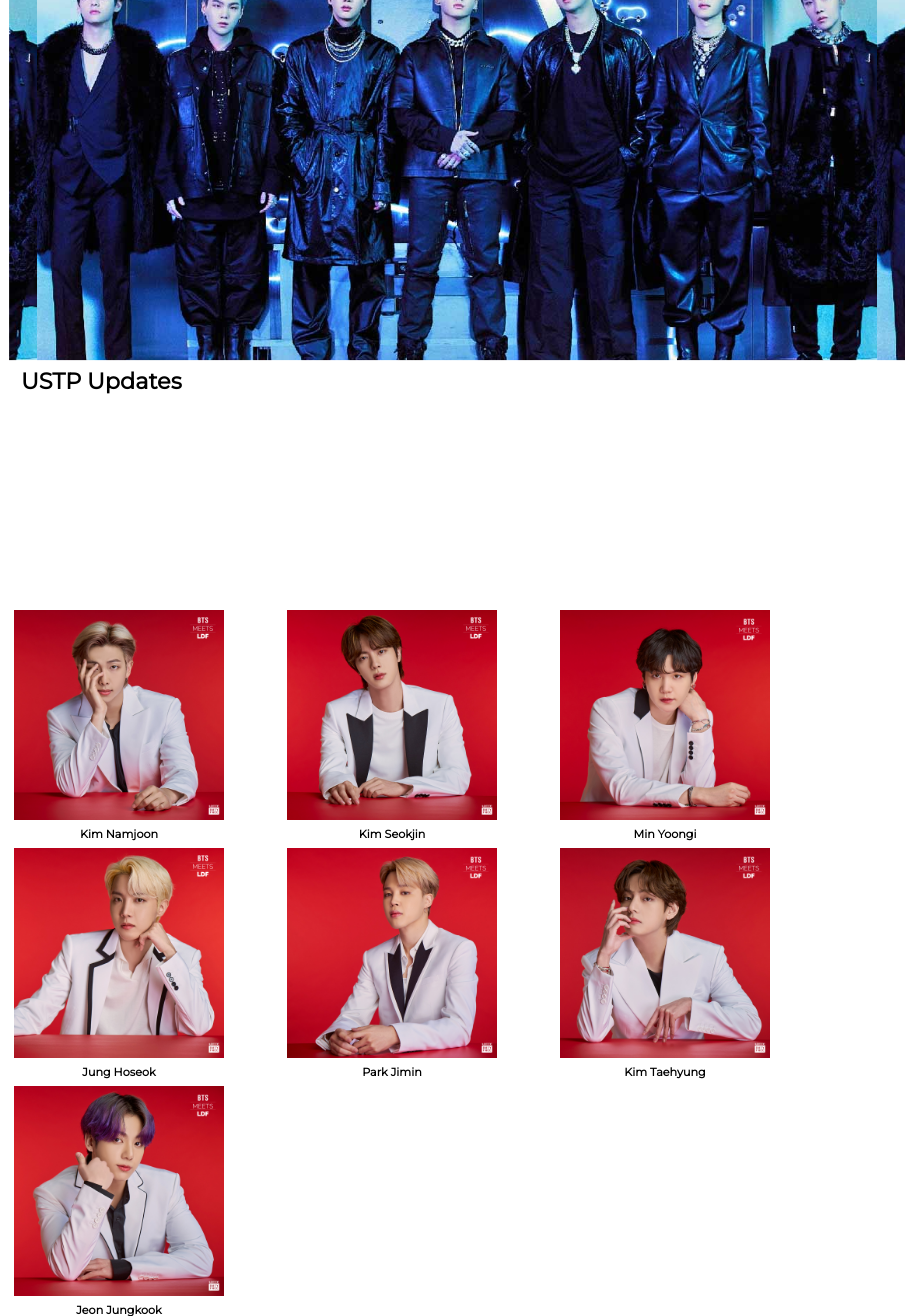
Repository: Joy5345/Colis-MidTerm_PIT
Page: index.html
These files come from the project's save history. The page is drawn as it stood at one moment and after the next save; the edit follows.
The browser window is 1280 px wide. The page is 1293 px wide, so the pictures cover 1293 px, including what lies to the right of the window. The pictures show the part of the page from y = 1039 to 2919 px (the page is 2919 px tall before and 2791 px after), at 70% of full size.

Above is the page before, as saved 2023-07-29 19:59:29.

After the next save:
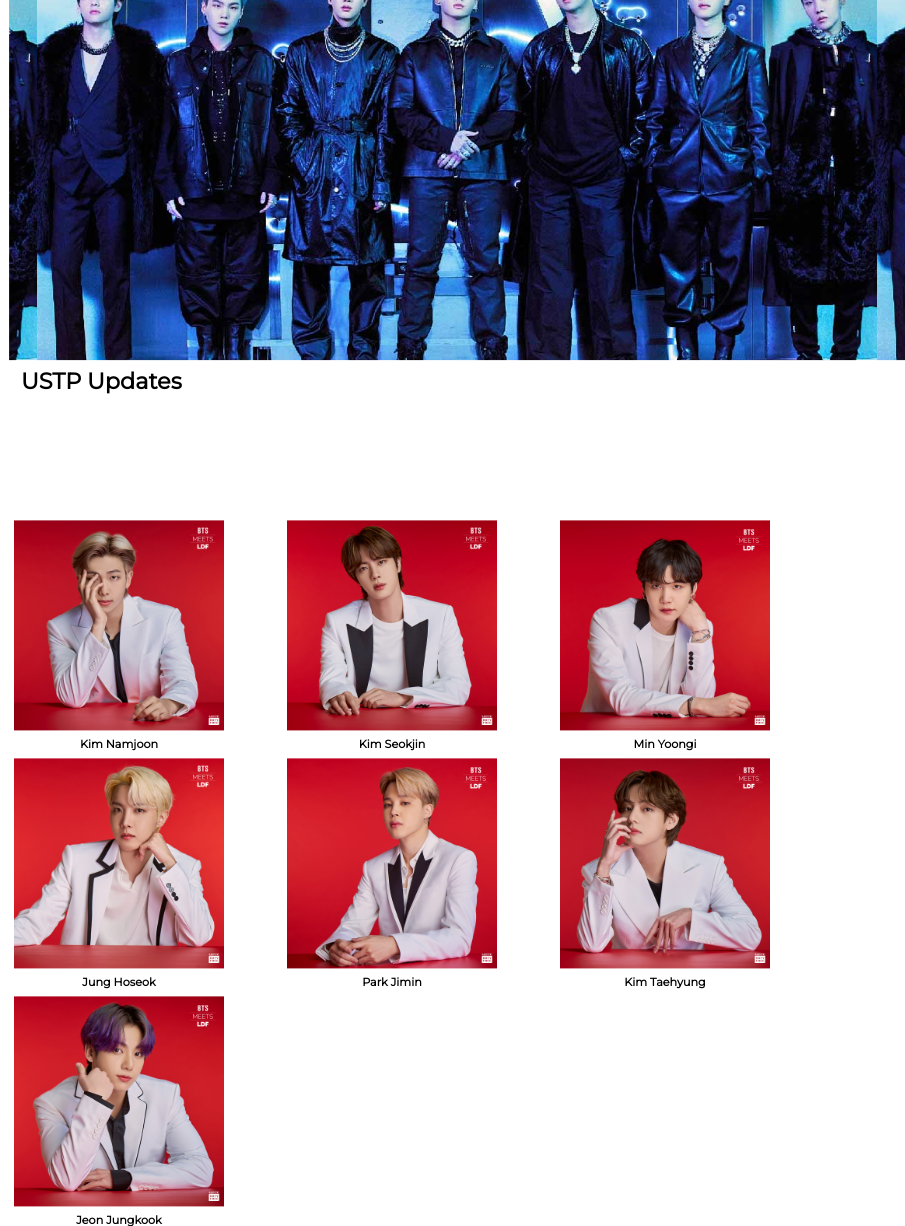
Saved 46 s later.
--- a/css/style.css
+++ b/css/style.css
@@ -200,7 +200,7 @@
 h1{
     padding-top: 10px;
     padding-left: 30px;
-    padding-bottom: 10%;
+    gap: 10px;
 }
 
 .container4 {
